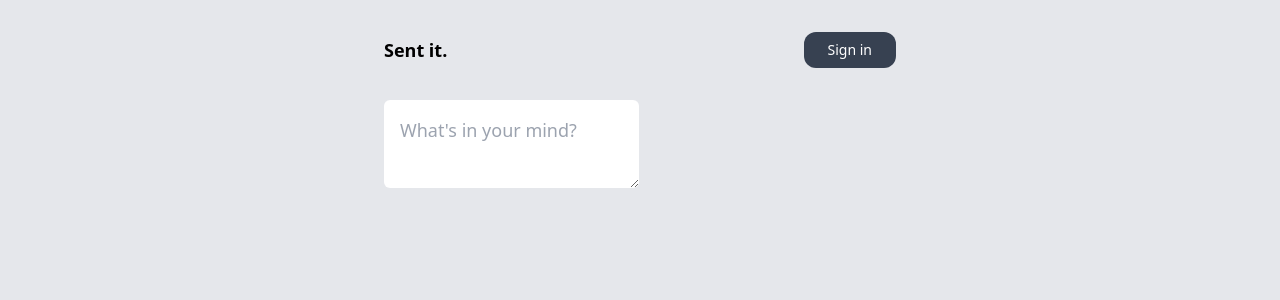
Repository: Saadelfadil/Nextjs_fullstack_app
Page: /
The author's editor kept a copy of each file at every save. The page is drawn from the files as they stood at one save, then again after a run of saves.
The browser window is 1280 px wide. The pictures show the whole page.
The page's requests for data from a server got no answer. The project was rebuilt for these pictures with package versions that can differ from the ones it lists, and the page was loaded fresh each time. The framework's server and built-in components were replaced by stand-ins that run in the browser. No one was signed in, and anything a server would have sent is missing. Also part of the build but not shown: next.config.js, app/auth/Logged.tsx.

Above is the page before, as saved 2023-02-24 18:26:24.

After the next 3 saves:
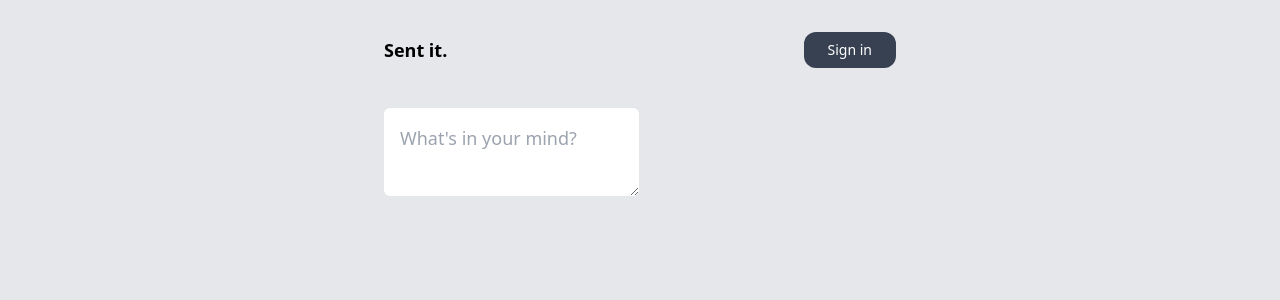
The 3 saves are shown as one change because they came seconds apart.
The last was saved 8 s later.
--- a/app/components/AddPost.tsx
+++ b/app/components/AddPost.tsx
@@ -11,7 +11,7 @@ const AddPost = () => {
             name="title"
             value={title}
             placeholder={"What's in your mind?"}
-            className="p-4 text-lg rounded-md my-"
+            className="p-4 text-lg rounded-md my-2 "
             >
             </textarea>
         </div>
